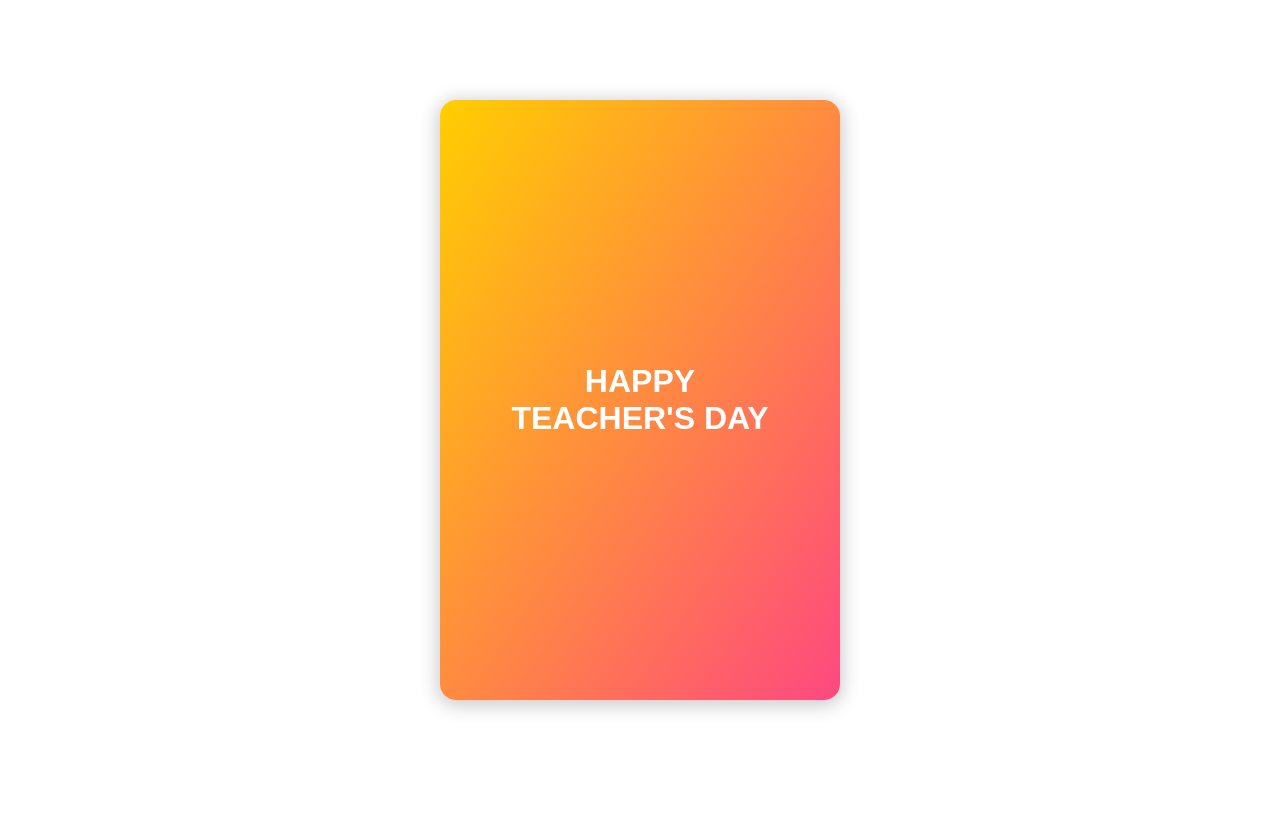
Repository: maixuanhieu/giftcard
Page: index.html
An editor plug-in stored every save of this project. The page is shown before and after a run of saves, followed by the edit.
The browser window is 1280 px wide. The pictures show the whole page.
The style sheet was rebuilt from its Sass, Less or Tailwind sources for each picture, by a compiler version that may differ from the author's.

Above is the page before, as saved 2021-11-17 19:31:12.

### index.html
<!DOCTYPE html>
<html lang="en">

<head>
    <meta charset="UTF-8">
    <meta http-equiv="X-UA-Compatible" content="IE=edge">
    <meta name="viewport" content="width=device-width, initial-scale=1.0">
    <title>CSS Flip Card</title>
    <link rel="stylesheet" href="style.css">
</head>

<body>
   <div class="card">
       <div class="card__inner">
           <div class="card__face card__face--front">
            <h2 style="text-align: center;">HAPPY <br> TEACHER'S DAY</h2>
           </div>
           <div class="card__face card__face--back">
            <div class="card__content">
                <div class="card__header">
                    <img src="xi.jpg" alt="" srcset="" class="fox">
                    <h2></h2>
                </div>

                <div class="card__body">
                    <h3>Javascript</h3>
                    <p>Lorem ipsum dolor sit, amet consectetur adipisicing elit. Quia ea ab eveniet ducimus totam. Mollitia quasi eos reprehenderit exercitationem dignissimos saepe totam labore laudantium vitae deserunt? Ea quaerat ex nemo.</p>
                </div>
            </div>
           </div>
       </div>
   </div>



</body>



<script src="main.js"></script>
</html>

### main.js
const card = document.querySelector('.card__inner');

card.addEventListener('click', function(){
    card.classList.toggle('is-flipped');
});

### style.scss
:root {
    --primary: #FFCE00;
    --secondary: #FE4880;
    --dark: #212121;
    --light: #F3F3F3;
}

*{
    margin: 0;
    padding: 0;
}

body{
    font-family: montserrat, sans-serif;
    width: 100%;
    min-height: 100vh;
}

.card{
    margin: 100px auto 0;
    width: 400px;
    height: 600px;
    perspective: 1000px;

    &__inner{
        width: 100%;
        height: 100%;
        transition: transform 1s;
        transform-style: preserve-3d;
        cursor: pointer;
        position: relative;
    }

    &__inner.is-flipped{
        transform: rotateY(180deg);
    }

    &__face{
        position: absolute;
        width: 100%;
        height: 100%;
        backface-visibility: hidden;
        overflow: hidden;
        border-radius: 16px;
        box-shadow: 0px 3px 18px 3px rgba(0,0,0,0.2);
    }

    &__face--front{
        background-image: linear-gradient(to bottom right, var(--primary), var(--secondary));
        display: flex;
        align-items: center;
        justify-content: center;
    }

    &__face--front h2{
        color: #FFF;
        font-size: 32px;
    }

    &__face--back{
        background-color: var(--light);
        transform: rotateY(180deg);
    }

    &__content{
        width: 100%;
        height: 100%;
    }

    &__header{
        position: relative;
        padding: 30px 30px 40px;
    }

    &__header::after{
        content: '';
        display: block;
        position: absolute;
        top: 0;
        left: 0;
        right: 0;
        bottom: 0;
        z-index: -1;
        border-radius: 0 0 50% 0;
        background-image: linear-gradient(to bottom left, var(--primary) 10%, var(--secondary) 115%);
    }

    &__header h2{
        color: #FFF;
        font-size: 32px;
        font-weight: 900;
        text-transform: uppercase;
        text-align: center;
    }

    &__body{
        padding: 30px;
    }

    &__body h3{
        color: var(--dark);
        font-size: 24px;
        font-weight: 600;
        margin-bottom: 15px;
    }

    &__body p {
        color: var(--dark);
        font-size: 18px;
        line-height: 1.5;
    }
}

.fox{
    display: block;
    width: 173px;
    height: 113px;
    margin: 0 auto 30px;
    border-radius: 50%;
    background-color: #FFF;
    border: 5px solid #FFF;
    object-fit: cover;
}

After the next 2 saves:
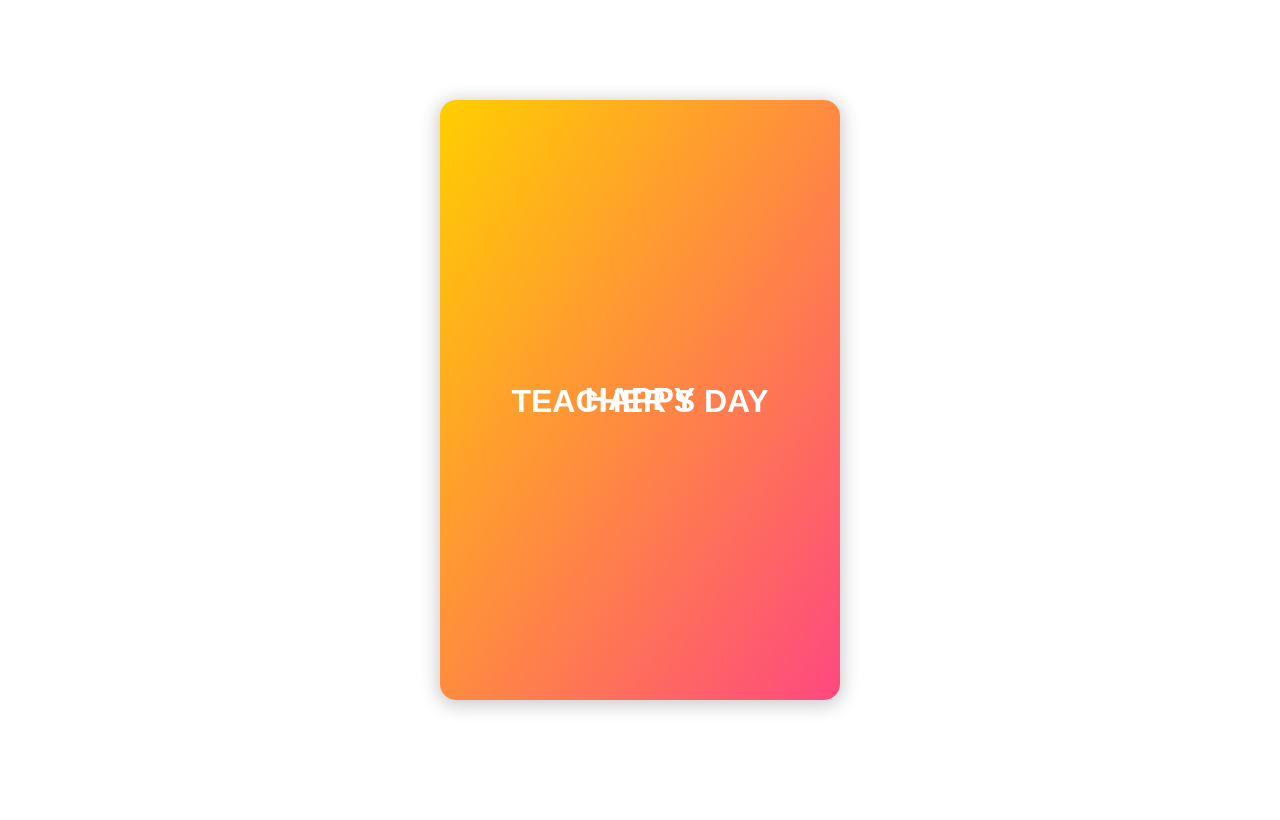
The 2 saves are shown as one change because they came seconds apart.
The last was saved 16 s later.
--- a/index.html
+++ b/index.html
@@ -13,7 +13,7 @@
    <div class="card">
        <div class="card__inner">
            <div class="card__face card__face--front">
-            <h2 style="text-align: center;">HAPPY <br> TEACHER'S DAY</h2>
+            <h2 style="text-align: center; line-height: 2px;">HAPPY <br> TEACHER'S DAY</h2>
            </div>
            <div class="card__face card__face--back">
             <div class="card__content">
